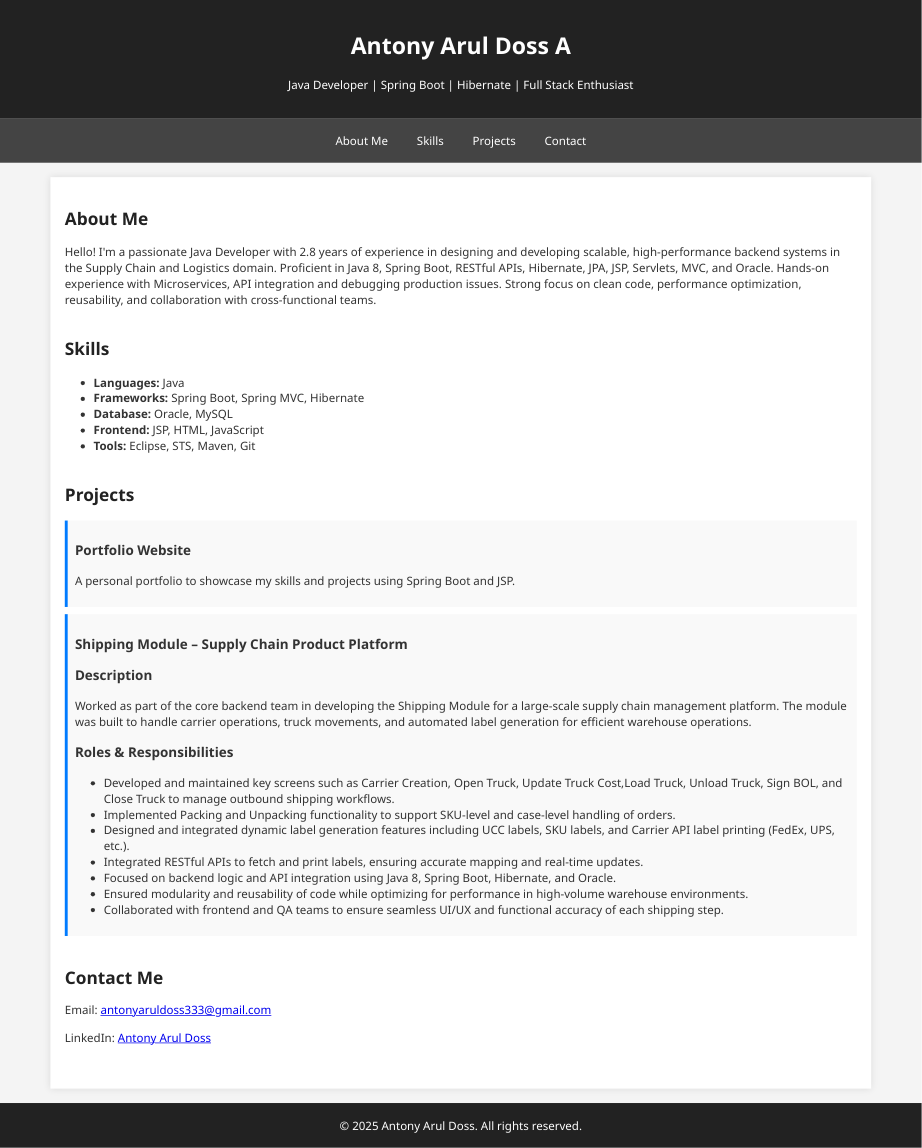
Repository: das-source/portfolio-springboot
Page: http://localhost/portfolio/WEB-INF/views/index.jsp
The author's editor kept a copy of each file at every save. The page is drawn from the files as they stood at one save, then again after the next save.
The browser window is 1280 px wide. The pictures show the whole page, at 72% of full size.
The page is served by Tomcat 9. Nobody is signed in. The template is opened directly, without the code that normally fills it, so the values that code supplies are empty.

Above is the page before, as saved 2025-08-05 10:52:03.

### portfolio/src/main/webapp/WEB-INF/views/index.jsp
<%@ page contentType="text/html;charset=UTF-8" language="java" %>
<!DOCTYPE html>
<html lang="en">
<head>
    <meta charset="UTF-8">
    <title>My Portfolio - Antony Arul Doss</title>
    <meta name="viewport" content="width=device-width, initial-scale=1.0">
    <style>
        body {
            margin: 0;
            font-family: 'Segoe UI', sans-serif;
            background-color: #f4f4f4;
            color: #333;
        }

        header {
            background-color: #222;
            color: white;
            padding: 20px 0;
            text-align: center;
        }

        nav {
            background-color: #444;
            display: flex;
            justify-content: center;
            padding: 10px 0;
        }

        nav a {
            color: white;
            text-decoration: none;
            padding: 10px 20px;
        }

        nav a:hover {
            background-color: #666;
        }

        .container {
            max-width: 1100px;
            margin: 20px auto;
            padding: 20px;
            background: white;
            box-shadow: 0 0 10px rgba(0,0,0,0.1);
        }

        section {
            margin-bottom: 40px;
        }

        h2 {
            color: #222;
        }

        .project {
            margin-top: 10px;
            padding: 10px;
            border-left: 4px solid #007bff;
            background: #f9f9f9;
        }

        footer {
            background-color: #222;
            color: white;
            text-align: center;
            padding: 20px 0;
            position: relative;
            bottom: 0;
            width: 100%;
        }

        @media (max-width: 768px) {
            nav {
                flex-direction: column;
            }
        }
    </style>
</head>
<body>

<header>
    <h1>Antony Arul Doss A</h1>
    <p>Java Developer | Spring Boot | Hibernate | Full Stack Enthusiast</p>
</header>

<nav>
    <a href="#about">About Me</a>
    <a href="#skills">Skills</a>
    <a href="#projects">Projects</a>
    <a href="#contact">Contact</a>
</nav>

<div class="container">

    <section id="about">
        <h2>About Me</h2>
        <p>
            Hello! I'm a passionate Java Developer with 2.8 years of experience in designing and developing scalable, high-performance backend systems in
			the Supply Chain and Logistics domain. Proficient in Java 8, Spring Boot, RESTful APIs, Hibernate, JPA, JSP, Servlets,
			MVC, and Oracle. Hands-on experience with Microservices, API integration and debugging production issues.
			Strong focus on clean code, performance optimization, reusability, and collaboration with cross-functional teams.
        </p>
    </section>

    <section id="skills">
		<h2>Skills</h2>
		<ul>
		    <li><strong>Languages:</strong> Java</li>
		    <li><strong>Frameworks:</strong> Spring Boot, Spring MVC, Hibernate</li>
		    <li><strong>Database:</strong> Oracle, MySQL</li>
		    <li><strong>Frontend:</strong> JSP, HTML, JavaScript</li>
			<li><strong>Tools:</strong> Eclipse, STS, Maven, Git</li>
		</ul>
    </section>

    <section id="projects">
        <h2>Projects</h2>
        <div class="project">
            <h3>Portfolio Website</h3>
            <p>A personal portfolio to showcase my skills and projects using Spring Boot and JSP.</p>
        </div>
        <div class="project">
            <h3>Shipping Module – Supply Chain Product Platform</h3>
			<h3>Description</h3>
            <p>Worked as part of the core backend team in developing the Shipping Module for a large-scale supply chain management
			platform. The module was built to handle carrier operations, truck movements, and automated label generation for
			efficient warehouse operations.</p>

			<h3>Roles & Responsibilities</h3>
			<ul>
				 	<li>Developed and maintained key screens such as Carrier Creation, Open Truck, Update Truck Cost,Load Truck,
					Unload Truck, Sign BOL, and Close Truck to manage outbound shipping workflows.</li>
					<li>Implemented Packing and Unpacking functionality to support SKU-level and case-level handling of orders.</li>
					<li>Designed and integrated dynamic label generation features including UCC labels, SKU labels, and Carrier API label
					printing (FedEx, UPS, etc.).</li>
					<li>Integrated RESTful APIs to fetch and print labels, ensuring accurate mapping and real-time updates.</li>
					<li>Focused on backend logic and API integration using Java 8, Spring Boot, Hibernate, and Oracle.</li>
					<li>Ensured modularity and reusability of code while optimizing for performance in high-volume warehouse environments.</li>
					<li>Collaborated with frontend and QA teams to ensure seamless UI/UX and functional accuracy of each shipping step.</li>

			 </ul>
        </div>
        <!-- Add more projects here -->
    </section>

    <section id="contact">
        <h2>Contact Me</h2>
        <p>Email:
			<a href="mailto:antonyaruldoss333@gmail.com">antonyaruldoss333@gmail.com</a></p>
        <p>LinkedIn:
			<a href="https://linkedin.com/in/antony-arul-doss-a-b5621b1a4" target="_blank">Antony Arul Doss</a></p>
    </section>

</div>

<footer>
    &copy; 2025 Antony Arul Doss. All rights reserved.
</footer>

</body>
</html>

After the next save:
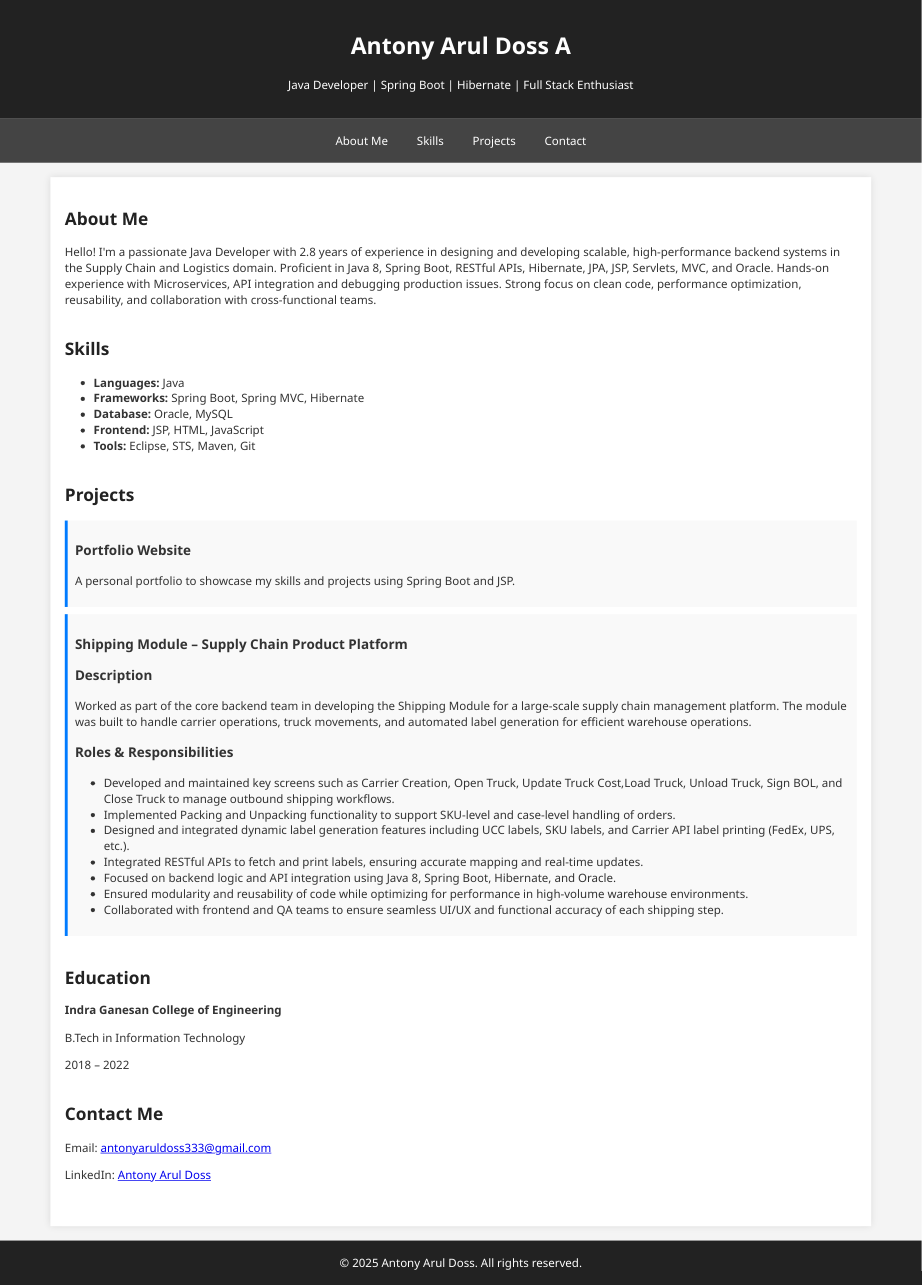
Saved 2 min 18 s later.
--- a/portfolio/src/main/webapp/WEB-INF/views/index.jsp
+++ b/portfolio/src/main/webapp/WEB-INF/views/index.jsp
@@ -144,6 +144,14 @@
         <!-- Add more projects here -->
     </section>
 
+	<section id="education">
+	    <h2>Education</h2>
+	    <p><strong>Indra Ganesan College of Engineering</strong></p>
+	    <p>B.Tech in Information Technology</p>
+	    <p>2018 – 2022</p>
+	</section>
+
+
     <section id="contact">
         <h2>Contact Me</h2>
         <p>Email:
